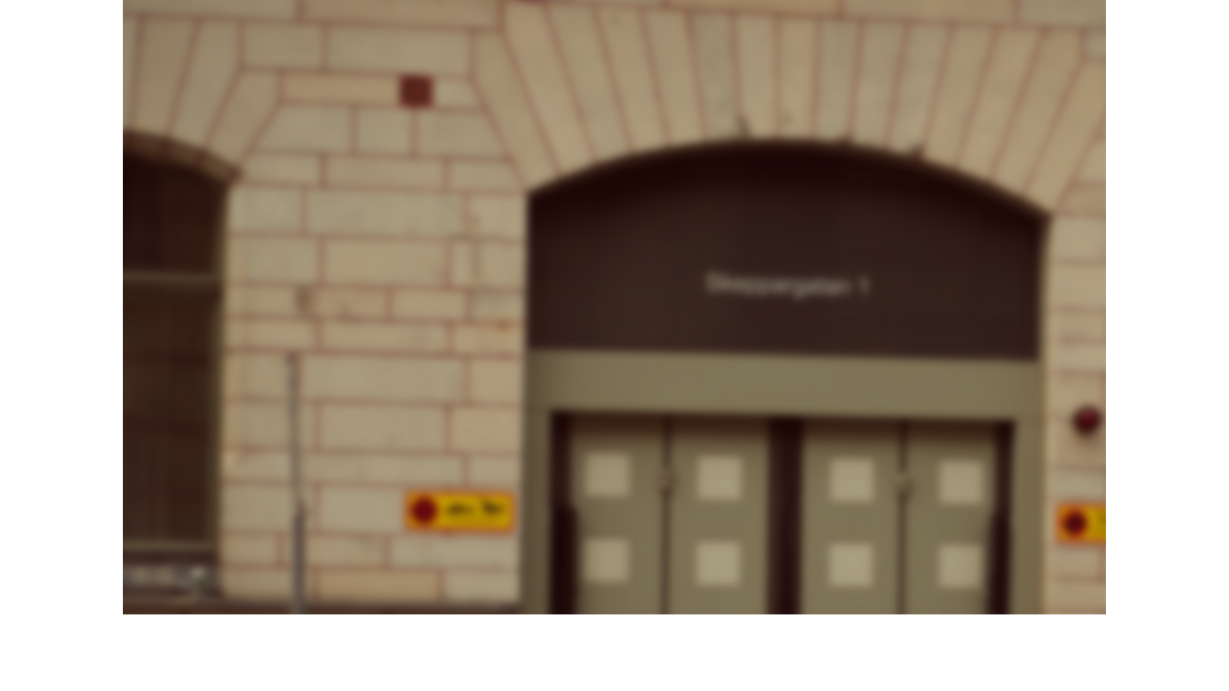
Repository: fl222hr/1dv403-laborationer
Page: 5-pwd/index.html
The author's editor kept a record of every edit. The page is drawn from the files as they stood at one moment, then again after the next edit.
The browser window is 1280 px wide. The pictures show the whole page, at 96% of full size.
Pictures or frames that could not be fetched are drawn as grey boxes. Some web libraries are served in a nearby version.

Above is the page before.

After the next edit:
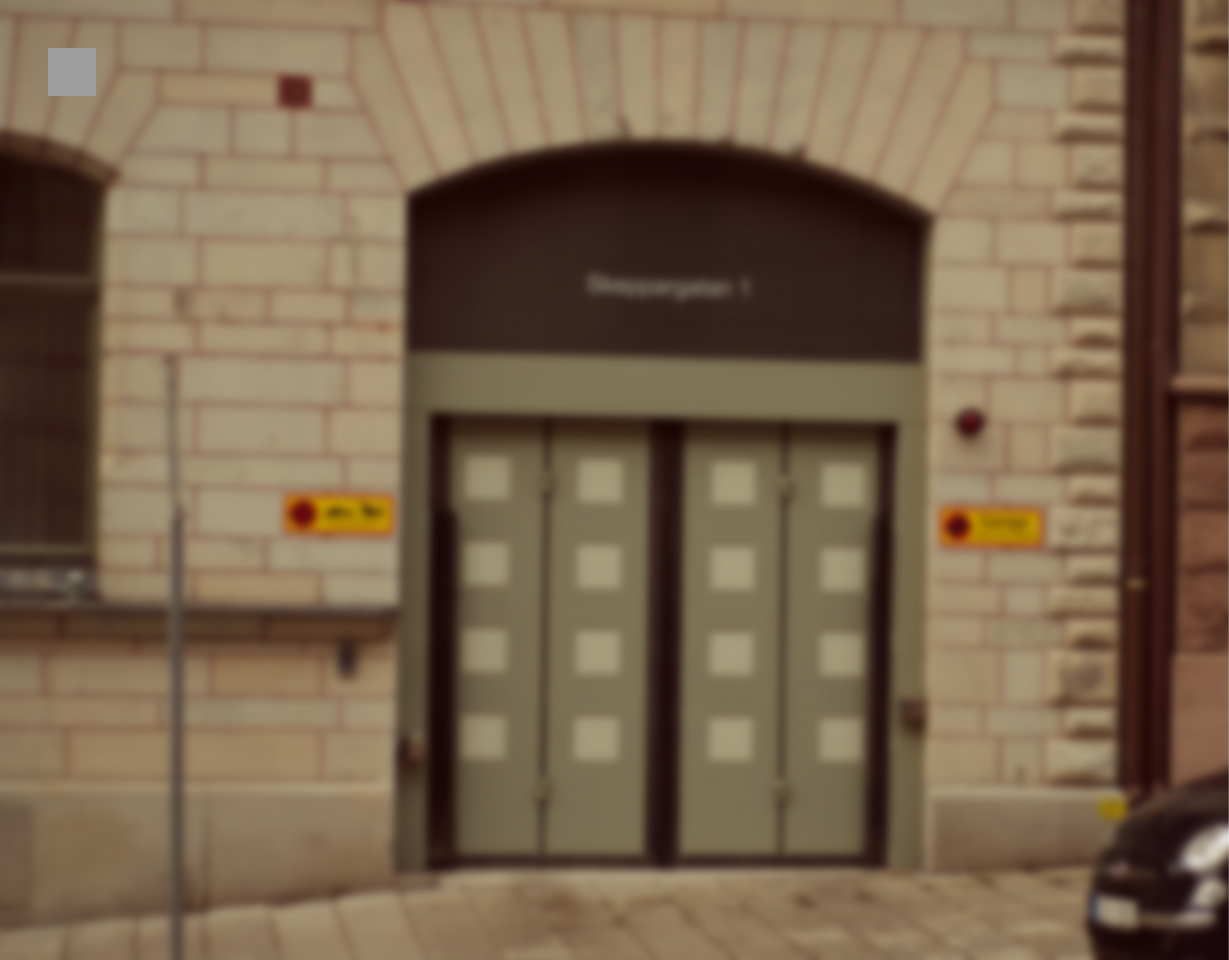
The edit:
--- a/5-pwd/index.html
+++ b/5-pwd/index.html
@@ -3,8 +3,9 @@
     <head>
         <link href='http://fonts.googleapis.com/css?family=Source+Sans+Pro:200,300,400,600,700,900,200italic,300italic,400italic,600italic,700italic,900italic' rel='stylesheet' type='text/css'>
         <link href="//maxcdn.bootstrapcdn.com/font-awesome/4.2.0/css/font-awesome.min.css" rel="stylesheet">
-        <link href="css/bootstrap.css" rel="stylesheet">
+        <link href="css/custom.css" rel="stylesheet">
         <meta charset="utf-8">
+        <link href='http://fonts.googleapis.com/css?family=Roboto:400,300' rel='stylesheet' type='text/css'>
     <title>Desktop App</title>
     </head>
     <body>
